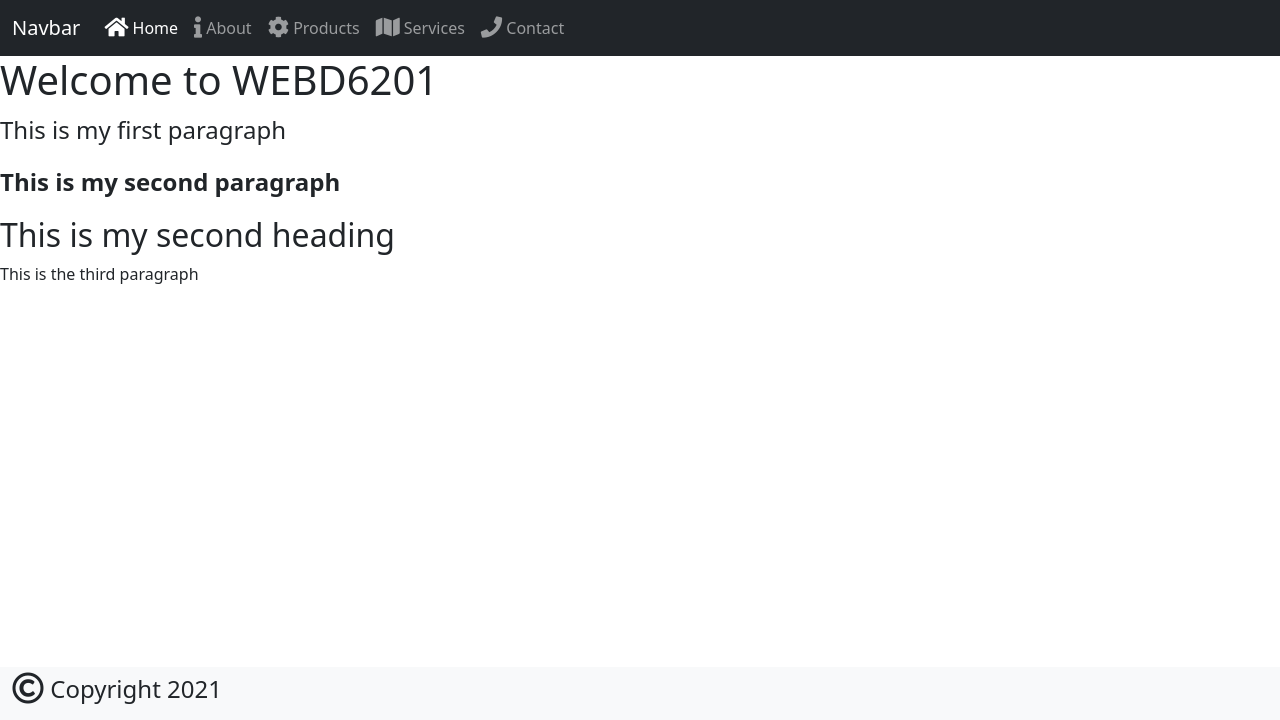
Repository: evanpalmer002/WEBD6201-ICE4
Page: about.html
These files come from the project's save history. The page is drawn as it stood at one moment and after the next save; the edit follows.
The browser window is 1280 px wide. The pictures show the whole page.

Above is the page before, as saved 2021-01-20 16:07:15.

After the next save:
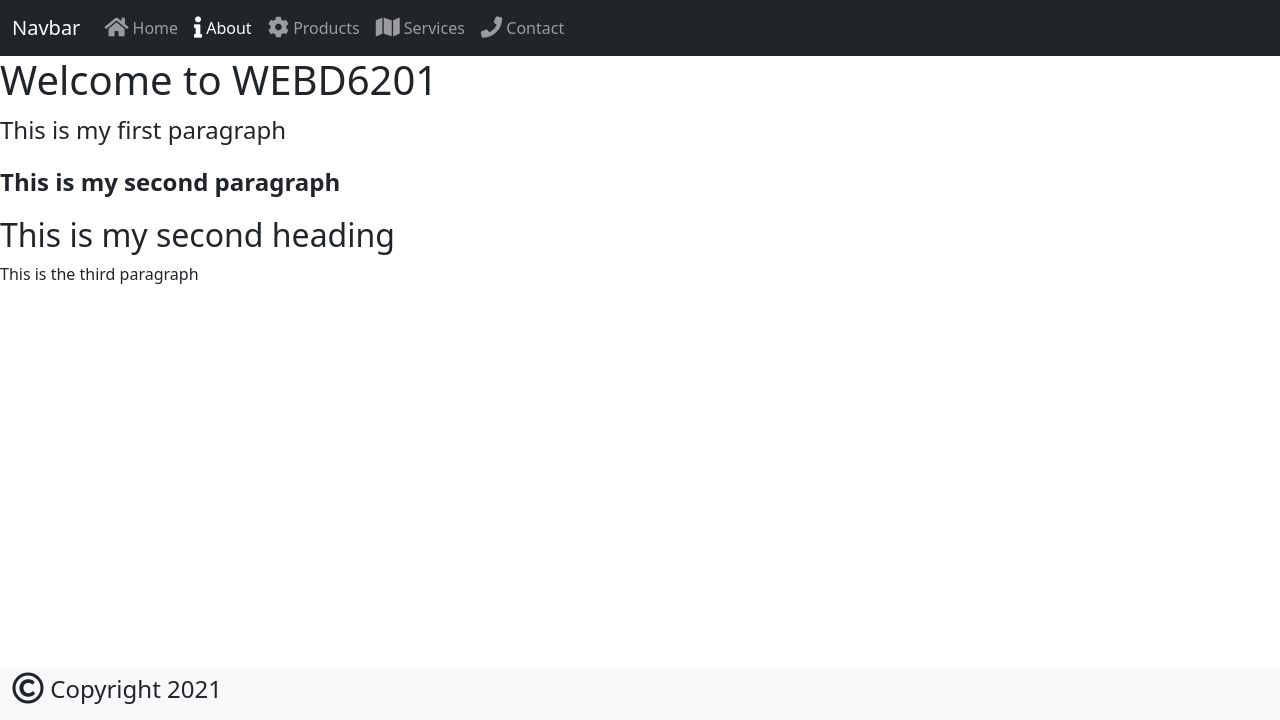
Saved 59 s later.
--- a/about.html
+++ b/about.html
@@ -23,11 +23,11 @@
                 <ul class="navbar-nav">
 
                   <li class="nav-item">
-                    <a id="home" class="nav-link active" aria-current="page" href="index.html"><i class="fas fa-home fa-lg"></i> Home</a>
+                    <a id="home" class="nav-link" aria-current="page" href="index.html"><i class="fas fa-home fa-lg"></i> Home</a>
                   </li>
 
                   <li class="nav-item">
-                    <a id="about" class="nav-link" href="about.html"><i class="fas fa-info fa-lg"></i> About</a>
+                    <a id="about" class="nav-link active" href="about.html"><i class="fas fa-info fa-lg"></i> About</a>
                   </li>
 
                   <li class="nav-item">
